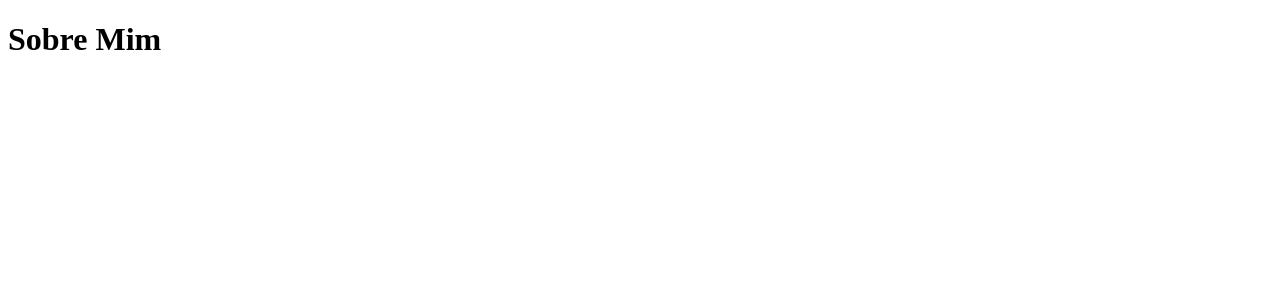
Repository: gimoli/projeto-portifolio
Page: index.html
An editor plug-in stored every save of this project. The page is shown before and after a run of saves, followed by the edit.
The browser window is 1280 px wide. The pictures show the whole page.

Above is the page before, as saved 2025-04-23 11:15:50.

After the next 3 saves:
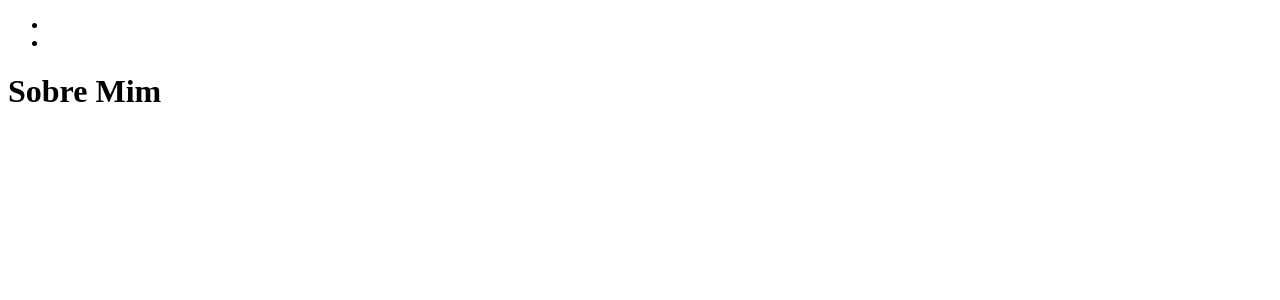
The 3 saves are shown as one change because they came seconds apart.
The last was saved 19 s later.
--- a/index.html
+++ b/index.html
@@ -8,9 +8,10 @@
 </head>
 <body>
     <header>
-        <ul-li></ul-li>
-        <ul-li></ul-li>
-        <ul-li></ul-li>
+        <ul>
+            <li></li>
+            <li></li>
+        </ul>
     </header>
     <main>
         <h1>Sobre Mim</h1>
